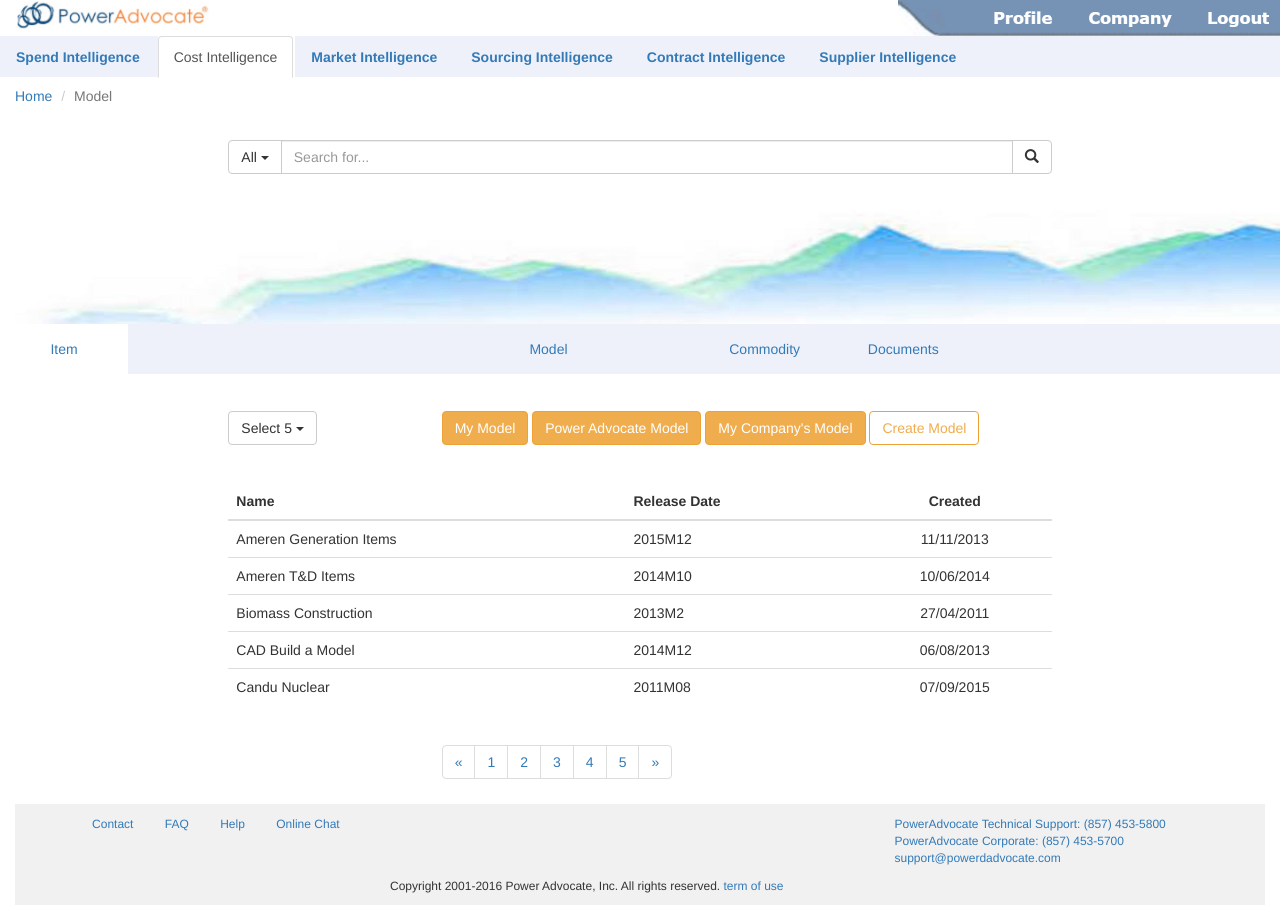
Repository: SamiraMansouri/PowerAdvocate-CostIntelligence-Application-new-Design-using-UserExperience-Method-
Page: http://localhost/PowerAdvocate/WEB-INF/views/Item.jsp
An editor plug-in stored every save of this project. The page is shown before and after the next save, followed by the edit.
The browser window is 1280 px wide. The pictures show the whole page.
The page is served by Tomcat 9. Nobody is signed in. Other server files are loaded and not shown. The template is opened directly, without the code that normally fills it, so the values that code supplies are empty.

Above is the page before, as saved 2016-04-25 01:50:20.

### PowerAdvocate-Prototype/PowerAdvocate/src/main/webapp/WEB-INF/views/Item.jsp
<!DOCTYPE html>
<html lang="en">
<head>
<title>Model</title>
<meta charset="utf-8">
<meta name="viewport" content="width=device-width, initial-scale=1">
<link rel="stylesheet"
	href="http://maxcdn.bootstrapcdn.com/bootstrap/3.3.6/css/bootstrap.min.css">
<script
	src="https://ajax.googleapis.com/ajax/libs/jquery/1.12.0/jquery.min.js"></script>
<script
	src="http://maxcdn.bootstrapcdn.com/bootstrap/3.3.6/js/bootstrap.min.js"></script>
</head>
<style>
.nav .navbar-nav>li>a:hover, .navbar-default .navbar-nav>li>a:focus {
	color: #ffff; /*Sets the text hover color on navbar*/
}

.nav .nav-tabs>.active>a, .nav .nav-tabs>.active>a:hover, .nav .nav-tabs>.active>a:focus
	{
	color: black; /*BACKGROUND color for active*/
	background-color: red;
}

.nav {
	background-color: #eff1fa;
	border-color: white;
}

.nav>li>a:hover, .nav>li>a:focus {
	text-decoration: none;
	background-color: silver; /*Change rollover cell color here*/
}

.navbar-default .navbar-nav>li>a {
	color: white; /*Change active text color here*/
}

.top-buffer {
	margin-top: 3%;
}

.nav .nav-tabs {
	display: inline-block;
	float: none;
	vertical-align: top;
}

.nav .navbar-collapse {
	text-align: center;
}

#bs-example-navbar-collapse-1 {
	padding: 0;
}

lineblue {
	border-bottom: 5pt solid black;
}

.navbar-nav {
	width: 100%;
	text-align: center; > li { float : none;
	display: inline-block;
}

}
.active {
	background-color: #fff;
}

.btn-warning.btn-outline {
	color: #f0ad4e;
}

.btn-warning.btn-outline:hover {
	color: #fff;
}

.btn-outline {
	background-color: transparent;
	color: inherit;
	transition: all .5s;
}

.footer {
	background-color: #F1F1F1;
	padding-top: 1%;
	font-size: 12px;
}

#col1 li {
	display: inline;
	text-decoration: none;
	padding-left: 5%;
}

#col1 ul {
	padding-left: 0;
}

#col2 li {
	text-decoration: none;
	padding-left: 35%;
	list-style-type: none;
}
.image
{
padding-right:0;

}
</style>
<body>

	<div class="container-fluid">
		<div class="row">
			<div class="col-md-4 ">
				<img src="resources/img/pa.png" alt="logo"
					style="width: 50%; height: 30%;">
			</div>
			<div class="col-md-8 image">
				<span class="pull-right "> <img src="resources/img/menu.png"
					class="pull-right " alt="logo" style="width: 60%; height: 30%;">
				</span>
			</div>
		</div>

		<!--end of row-->
		<div class="row">
			<ul class="nav nav-tabs">
				<li role="presentation"><a href="#"><b>Spend
							Intelligence</b></a></li>
				<li role="presentation" class="active"><a href="#">Cost
						Intelligence</a></li>
				<li role="presentation"><a href="#"><b>Market
							Intelligence</b></a></li>
				<li role="presentation"><a href="#"><b>Sourcing
							Intelligence</b></a></li>
				<li role="presentation"><a href="#"><b>Contract
							Intelligence</b></a></li>
				<li role="presentation"><a href="#"><b>Supplier
							Intelligence</b></a></li>
			</ul>
		</div>
		<!--end of row-->

		<div class="row">
			<ol class="breadcrumb"
				style="margin-bottom: 2%; background-color: #fff;">
				<li><a href="#">Home</a></li>
				<li class="active">Model</li>
			</ol>
		</div>
		<!-- bread crumb -->

		<div class="row">
			<div class="col-lg-2"></div>
			<div class="col-lg-8">
				<div class="input-group">
					<div class="input-group-btn">
						<button type="button" class="btn btn-default dropdown-toggle"
							data-toggle="dropdown" aria-haspopup="true" aria-expanded="false">
							All <span class="caret"></span>
						</button>
						<ul class="dropdown-menu">
							<li><a href="#">All</a></li>
							<li role="separator" class="divider"></li>
							<li><a href="#">Model</a></li>
							<li><a href="#">Item</a></li>
							<li><a href="#">Commodity</a></li>
						</ul>
					</div>
					<!-- btn-group -->

					<input type="text" class="form-control" placeholder="Search for..." />
					<span class="input-group-btn">
						<button class="btn btn-default" type="button">
							<span class="glyphicon glyphicon-search" aria-hidden="true"></span>
						</button>
					</span>
				</div>
				<!-- /input-group -->
			</div>
			<!-- lg-8 -->
			<div class="col-lg-2"></div>
		</div>
		<!-- /row -->

		<div class="row">
			<div class="col-md-12 image">
				<img  src="resources/img/a.jpeg" alt="logo"
					style="width: 100%; height: 150px;">
			</div>
		</div>
		<!-- row -->

		<div class="row">
			<div class=" collapse navbar-collapse "
				id="bs-example-navbar-collapse-1">
				<ul class="nav navbar-nav">
					<li style="width:20%"><a href="#">Model</a></li>
					<li class="pull-left active" style="width:10%"><a href="/prototype/Item">Item</a></li>
					<li><a href="#"></a></li>
					<li><a href="/prototype/Commodity">Commodity</a></li>
									<li><a href="#"></a></li>
					<li><a href="/prototype/Documents">Documents</a></li>
									<li><a href="#"></a></li>
				</ul>
			</div>
			<!-- /.navbar-collapse -->
		</div>

		<div class="row top-buffer ">
			<div class="col-md-2"></div>
			<div class="col-md-2">

				<div class="dropdown pull-left ">
					<button class="btn btn-default dropdown-toggle" type="button"
						id="dropdownMenu2" data-toggle="dropdown" aria-haspopup="true"
						aria-expanded="false">
						Select 5 <span class="caret"></span>
					</button>
					<ul class="dropdown-menu" aria-labelledby="dropdownMenu2">
						<li><a href="#">Select 5</a></li>
						<li><a href="#">Select 10</a></li>
						<li><a href="#">Select 50</a></li>
						<li><a href="#">Select 100</a></li>
					</ul>
				</div>
			</div>
			<div class="col-md-6 ">
				<button type="Button" class="btn btn-warning">My Model</button>
				<button type="Button" class="btn btn-warning">Power
					Advocate Model</button>
				<button type="Button" class="btn btn-warning">My Company's
					Model</button>
				<a class="btn btn-warning btn-outline ">Create Model</a>
			</div>
<div class="col-md-2"></div>
		</div>



	<div class="row top-buffer x">
		<div class="col-sm-2"></div>
		<div class="col-sm-8">
			<table class="table table-hover">
				<thead>
					<tr>
						<th>Name</th>
						<th >Release Date</th>
						<th style="text-align:center;">Created</th>
					</tr>
				</thead>
				<tbody>
					<tr>
						<td>Ameren Generation Items</td>
						<td>2015M12</td>
						<td style="text-align:center;">11/11/2013</td>
					</tr>
					<tr>
						<td>Ameren T&D Items</td>
						<td>2014M10</td>
						<td style="text-align:center;">10/06/2014</td>
					</tr>
					<tr>
						<td>Biomass Construction</td>
						<td>2013M2</td>
						<td style="text-align:center;">27/04/2011</td>
					</tr>
					<tr>
						<td>CAD Build a Model</td>
						<td>2014M12</td>
						<td style="text-align:center;">06/08/2013</td>
					</tr>
					<tr>
						<td>Candu Nuclear</td>
						<td>2011M08</td>
						<td style="text-align:center;">07/09/2015</td>
					</tr>
				</tbody>
			</table>
		</div>
		<div class="col-md-2"></div>
	</div>

	<!--  -->
	<div class="row">
		<div class="col-md-2"></div>
		<div class="col-md-2"></div>
		<div class="col-md-8 ">
			<nav>
				<ul class="pagination">
					<li><a href="#" aria-label="Previous"> <span
							aria-hidden="true">&laquo;</span>
					</a></li>
					<li><a href="#">1</a></li>
					<li><a href="#">2</a></li>
					<li><a href="#">3</a></li>
					<li><a href="#">4</a></li>
					<li><a href="#">5</a></li>
					<li><a href="#" aria-label="Next"> <span
							aria-hidden="true">&raquo;</span>
					</a></li>
				</ul>
			</nav>
		</div>
	</div>
	<!--pagination-->
	<!--footer-->
	<div class="footer">
		<div class="row ">
			<div class="col-md-6" id="col1" style="padding-left: 5%;">
				<ul>
					<li><a src="#"> Contact</a></li>
					<li><a src="#"> FAQ </a></li>
					<li><a src="#"> Help</a></li>
					<li><a src="#"> Online Chat</a></li>
				</ul>
			</div>

			<div class="col-md-6" id="col2">
				<ul>
					<li><a src="#"> PowerAdvocate Technical Support: (857)
							453-5800</a></li>
					<li><a src="#"> PowerAdvocate Corporate: (857) 453-5700 </a></li>
					<li><a src="#"> support@powerdadvocate.com</a></li>
				</ul>
			</div>
		</div>
		<div class="row">
			<div class="col-md-12">
				<p style="padding-left: 30%;">
					Copyright 2001-2016 Power Advocate, Inc. All rights reserved.<a
						src="#"> term of use </a>
				</p>
			</div>
		</div>
	</div>
	<!-- end of footer-->


	</div>
</body>
</html>

After the next save:
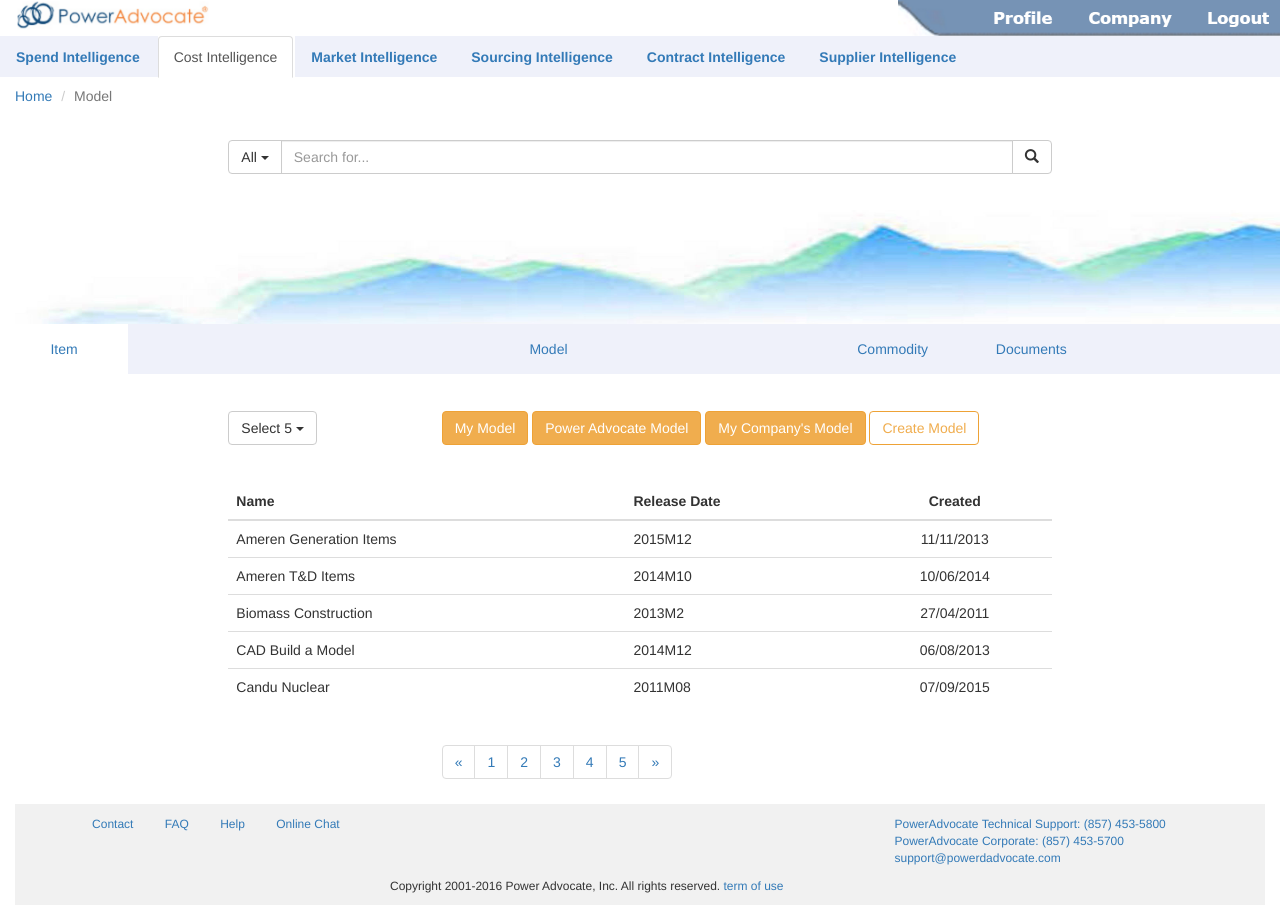
Saved 14 s later.
--- a/PowerAdvocate-Prototype/PowerAdvocate/src/main/webapp/WEB-INF/views/Item.jsp
+++ b/PowerAdvocate-Prototype/PowerAdvocate/src/main/webapp/WEB-INF/views/Item.jsp
@@ -198,7 +198,7 @@
 			<div class=" collapse navbar-collapse "
 				id="bs-example-navbar-collapse-1">
 				<ul class="nav navbar-nav">
-					<li style="width:20%"><a href="#">Model</a></li>
+					<li style="width:40%"><a href="#">Model</a></li>
 					<li class="pull-left active" style="width:10%"><a href="/prototype/Item">Item</a></li>
 					<li><a href="#"></a></li>
 					<li><a href="/prototype/Commodity">Commodity</a></li>
